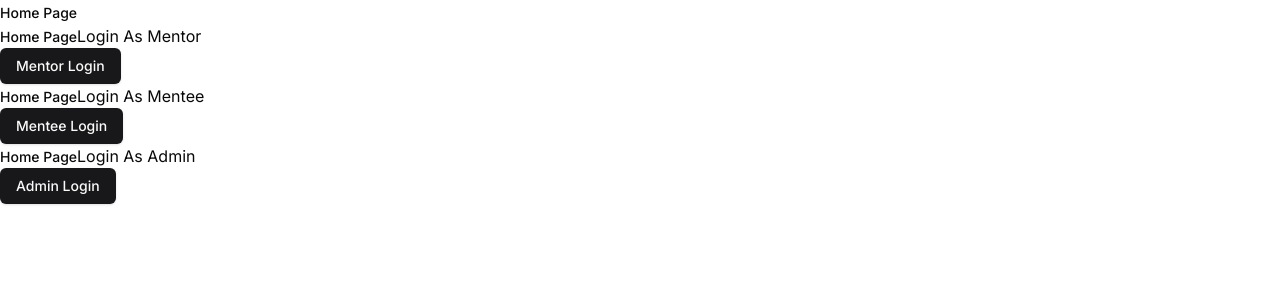
Repository: gauravbhindwar/mentorlink
Page: /
These files come from the project's save history. The page is drawn as it stood at one moment and after the next save; the edit follows.
The browser window is 1280 px wide. The pictures show the whole page.
The project was rebuilt for these pictures with package versions that can differ from the ones it lists, and the page was loaded fresh each time. The framework's server and built-in components were replaced by stand-ins that run in the browser. Also part of the build but not shown: next.config.js, next.config.ts.

Above is the page before, as saved 2024-11-06 12:29:23.

After the next save:
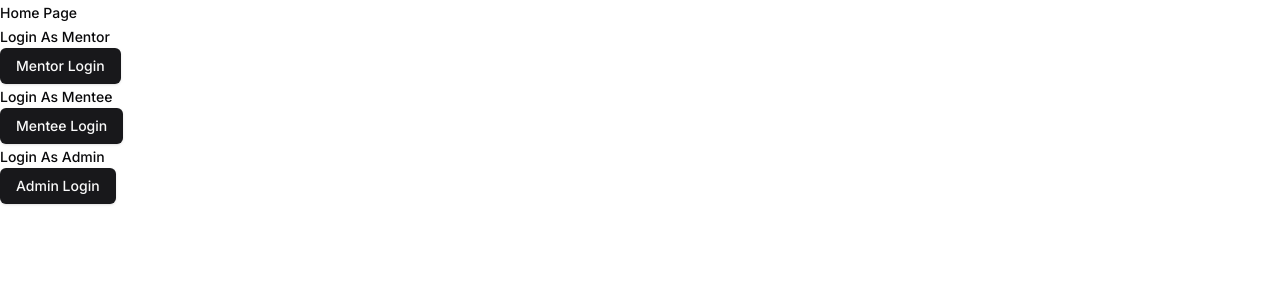
Saved 20 s later.
--- a/src/components/HomePage/HomePage.jsx
+++ b/src/components/HomePage/HomePage.jsx
@@ -9,19 +9,19 @@
 
             <div>
                 <div>
-                    <Label>Home Page</Label>Login As Mentor
+                    <Label>Login As Mentor</Label>
                 </div>
                 <Button>Mentor Login</Button>
             </div>
             <div>
                 <div>
-                    <Label>Home Page</Label>Login As Mentee
+                    <Label>Login As Mentee</Label>
                 </div>
                 <Button>Mentee Login</Button>
             </div>
             <div>
                 <div>
-                    <Label>Home Page</Label>Login As Admin
+                    <Label>Login As Admin</Label>
                 </div>
                 <Button>Admin Login</Button>
             </div>
